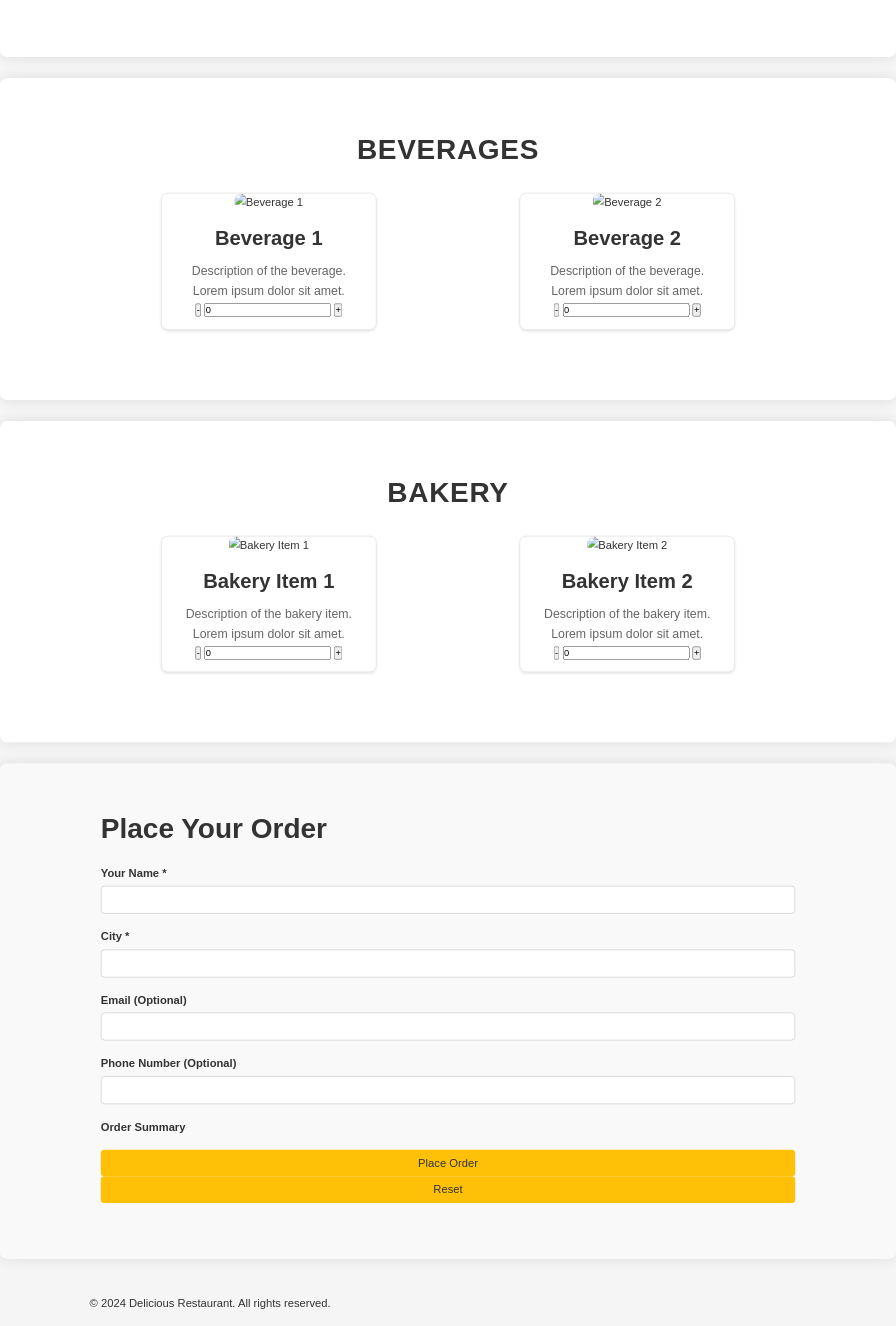
Repository: Mayanksaini1224/eclipse-workspace
Page: Restaurant/src/main/webapp/Menu.html
An editor plug-in stored every save of this project. The page is shown before and after the next save, followed by the edit.
The browser window is 1280 px wide. The pictures show the part of the page from y = 1079 to 2999 px (the page is 2973 px tall before and 2999 px after), at 70% of full size.
A picture or video elsewhere on the page could not be fetched, so the positions and the page height are approximate.

Above is the page before, as saved 2024-06-28 16:37:27.
Not found: Restaurant/src/main/webapp/bakery-item1.jpg
Not found: Restaurant/src/main/webapp/bakery-item2.jpg
Not found: Restaurant/src/main/webapp/beverage1.jpg

### Restaurant/src/main/webapp/Menu.html
<!DOCTYPE html>
<html lang="en">
<head>
    <meta charset="UTF-8">
    <meta name="viewport" content="width=device-width, initial-scale=1.0">
    <title>Menu - Delicious Restaurant</title>
    <style>
        /* Reset and base styles */
        * {
            margin: 0;
            padding: 0;
            box-sizing: border-box;
        }

        body {
            font-family: Arial, sans-serif;
            line-height: 1.6;
            background-color: #f5f5f5;
            margin: 0;
            padding: 0;
            color: #333; /* Default text color */
        }

        .container {
            width: 80%;
            margin: 0 auto;
            padding: 20px 0;
        }

        header {
            background-color: #333;
            color: #fff;
            padding: 10px 0;
        }

        header .logo img {
            width: 150px;
            height: auto;
            display: block;
            margin: 0 auto;
        }

        header nav ul {
            list-style-type: none;
            text-align: center;
            margin-top: 10px;
        }

        header nav ul li {
            display: inline-block;
            margin: 0 10px;
        }

        header nav ul li a {
            text-decoration: none;
            color: #fff;
            font-size: 18px;
            transition: color 0.3s ease;
        }

        header nav ul li a:hover {
            color: #ffc107;
        }

        .menu-section {
            background-color: #fff;
            padding: 50px 0;
            text-align: center;
            margin-bottom: 30px;
            box-shadow: 0 0 20px rgba(0, 0, 0, 0.1);
            border-radius: 10px;
        }

        .menu-section h2 {
            font-size: 2.5em;
            margin-bottom: 30px;
            text-transform: uppercase;
            letter-spacing: 1px;
            color: #333;
        }

        .menu-items {
            display: flex;
            justify-content: space-around;
            flex-wrap: wrap;
        }

        .menu-item {
            text-align: center;
            width: 30%;
            margin-bottom: 30px;
            padding: 0 10px;
            border: 1px solid #ddd;
            border-radius: 10px;
            box-shadow: 0 2px 4px rgba(0,0,0,0.1);
            transition: transform 0.3s ease, box-shadow 0.3s ease;
        }

        .menu-item img {
            width: 100%;
            border-top-left-radius: 10px;
            border-top-right-radius: 10px;
        }

        .menu-item-content {
            padding: 15px;
        }

        .menu-item h3 {
            font-size: 1.8em;
            margin-bottom: 10px;
            color: #333;
        }

        .menu-item p {
            font-size: 1.1em;
            color: #666;
        }

        .menu-item:hover {
            transform: translateY(-5px);
            box-shadow: 0 4px 8px rgba(0,0,0,0.2);
        }

        .order-form {
            background-color: #f9f9f9;
            padding: 40px 20px;
            border-radius: 10px;
            box-shadow: 0 0 20px rgba(0, 0, 0, 0.1);
            margin-bottom: 30px;
        }

        .order-form h2 {
            font-size: 2.5em;
            margin-bottom: 20px;
            color: #333;
        }

        .form-group {
            margin-bottom: 20px;
        }

        .form-group label {
            display: block;
            font-weight: bold;
            margin-bottom: 5px;
        }

        .form-group input,
        .form-group select {
            width: 100%;
            padding: 10px;
            font-size: 1em;
            border: 1px solid #ccc;
            border-radius: 5px;
            transition: border-color 0.3s ease;
        }

        .form-group input[type="number"] {
            appearance: none;
            -moz-appearance: textfield;
            text-align: center;
            padding: 8px;
            border: 1px solid #ccc;
            border-radius: 5px;
            width: 60px;
            font-size: 1em;
            transition: border-color 0.3s ease;
        }

        .form-group input[type="number"]::-webkit-outer-spin-button,
        .form-group input[type="number"]::-webkit-inner-spin-button {
            -webkit-appearance: none;
            margin: 0;
        }

        .form-group input:focus,
        .form-group select:focus {
            outline: none;
            border-color: #ffc107;
        }

        .form-group input[type="submit"],
        .form-group input[type="reset"] {
            background-color: #ffc107;
            color: #333;
            border: none;
            cursor: pointer;
            transition: background-color 0.3s ease;
            padding: 10px 20px;
            border-radius: 5px;
            margin-right: 10px;
        }

        .form-group input[type="submit"]:hover,
        .form-group input[type="reset"]:hover {
            background-color: #ffdb70;
        }

        .order-summary {
            margin-top: 30px;
            text-align: left;
        }

        .order-summary h3 {
            font-size: 1.5em;
            margin-bottom: 10px;
            color: #333;
        }

        .order-summary ul {
            list-style-type: none;
            padding: 0;
        }

        .order-summary li {
            font-size: 1.1em;
            margin-bottom: 5px;
        }

        @media (max-width: 768px) {
            .container {
                width: 90%;
            }

            .menu-item {
                width: 100%;
            }
        }
    </style>
    <link rel="stylesheet" href="https://cdnjs.cloudflare.com/ajax/libs/font-awesome/5.15.4/css/all.min.css"> <!-- Font Awesome for icons -->
</head>
<body>
    <header>
        <div class="container">
            <div class="logo">
                <img src="logo.png" alt="Delicious Restaurant">
            </div>
            <nav>
                <ul>
                    <li><a href="index.html">Home</a></li>
                    <li><a href="menu.html">Menu</a></li>
                    <li><a href="about.html">About Us</a></li>
                    <li><a href="contact.html">Contact</a></li>
                </ul>
            </nav>
        </div>
    </header>

    <section class="menu-section" id="chinese">
        <div class="container">
            <h2>Chinese Cuisine</h2>
            <div class="menu-items">
                <div class="menu-item" data-dish="Chinese Dish 1">
                    <img src="chinese-dish1.jpg" alt="Chinese Dish 1">
                    <div class="menu-item-content">
                        <h3>Chinese Dish 1</h3>
                        <p>Description of the Chinese dish. Lorem ipsum dolor sit amet.</p>
                        <div class="quantity">
                            <button class="quantity-btn minus" onclick="decrementQuantity('quantity_chinese1')">-</button>
                            <input type="number" id="quantity_chinese1" name="quantity_chinese1" min="0" value="0">
                            <button class="quantity-btn plus" onclick="incrementQuantity('quantity_chinese1')">+</button>
                        </div>
                    </div>
                </div>
                <div class="menu-item" data-dish="Chinese Dish 2">
                    <img src="chinese-dish2.jpg" alt="Chinese Dish 2">
                    <div class="menu-item-content">
                        <h3>Chinese Dish 2</h3>
                        <p>Description of the Chinese dish. Lorem ipsum dolor sit amet.</p>
                        <div class="quantity">
                            <button class="quantity-btn minus" onclick="decrementQuantity('quantity_chinese2')">-</button>
                            <input type="number" id="quantity_chinese2" name="quantity_chinese2" min="0" value="0">
                            <button class="quantity-btn plus" onclick="incrementQuantity('quantity_chinese2')">+</button>
                        </div>
                    </div>
                </div>
                <!-- Add more Chinese dishes as needed -->
            </div>
        </div>
    </section>

    <section class="menu-section" id="italian">
        <div class="container">
            <h2>Italian Cuisine</h2>
            <div class="menu-items">
                <div class="menu-item" data-dish="Italian Dish 1">
                    <img src="italian-dish1.jpg" alt="Italian Dish 1">
                    <div class="menu-item-content">
                        <h3>Italian Dish 1</h3>
                        <p>Description of the Italian dish. Lorem ipsum dolor sit amet.</p>
                        <div class="quantity">
                            <button class="quantity-btn minus" onclick="decrementQuantity('quantity_italian1')">-</button>
                            <input type="number" id="quantity_italian1" name="quantity_italian1" min="0" value="0">
                            <button class="quantity-btn plus" onclick="incrementQuantity('quantity_italian1')">+</button>
                        </div>
                    </div>
                </div>
                <div class="menu-item" data-dish="Italian Dish 2">
                    <img src="italian-dish2.jpg" alt="Italian Dish 2">
                    <div class="menu-item-content">
                        <h3>Italian Dish 2</h3>
                        <p>Description of the Italian dish. Lorem ipsum dolor sit amet.</p>
                        <div class="quantity">
                            <button class="quantity-btn minus" onclick="decrementQuantity('quantity_italian2')">-</button>
                            <input type="number" id="quantity_italian2" name="quantity_italian2" min="0" value="0">
                            <button class="quantity-btn plus" onclick="incrementQuantity('quantity_italian2')">+</button>
                        </div>
                    </div>
                </div>
                <!-- Add more Italian dishes as needed -->
            </div>
        </div>
    </section>

    <section class="menu-section" id="beverages">
        <div class="container">
            <h2>Beverages</h2>
            <div class="menu-items">
                <div class="menu-item" data-dish="Beverage 1">
                    <img src="beverage1.jpg" alt="Beverage 1">
                    <div class="menu-item-content">
                        <h3>Beverage 1</h3>
                        <p>Description of the beverage. Lorem ipsum dolor sit amet.</p>
                        <div class="quantity">
                            <button class="quantity-btn minus" onclick="decrementQuantity('quantity_beverage1')">-</button>
                            <input type="number" id="quantity_beverage1" name="quantity_beverage1" min="0" value="0">
                            <button class="quantity-btn plus" onclick="incrementQuantity('quantity_beverage1')">+</button>
                        </div>
                    </div>
                </div>
                <div class="menu-item" data-dish="Beverage 2">
                    <img src="beverage2.jpg" alt="Beverage 2">
                    <div class="menu-item-content">
                        <h3>Beverage 2</h3>
                        <p>Description of the beverage. Lorem ipsum dolor sit amet.</p>
                        <div class="quantity">
                            <button class="quantity-btn minus" onclick="decrementQuantity('quantity_beverage2')">-</button>
                            <input type="number" id="quantity_beverage2" name="quantity_beverage2" min="0" value="0">
                            <button class="quantity-btn plus" onclick="incrementQuantity('quantity_beverage2')">+</button>
                        </div>
                    </div>
                </div>
                <!-- Add more beverages as needed -->
            </div>
        </div>
    </section>

    <section class="menu-section" id="bakery">
        <div class="container">
            <h2>Bakery</h2>
            <div class="menu-items">
                <div class="menu-item" data-dish="Bakery Item 1">
                    <img src="bakery-item1.jpg" alt="Bakery Item 1">
                    <div class="menu-item-content">
                        <h3>Bakery Item 1</h3>
                        <p>Description of the bakery item. Lorem ipsum dolor sit amet.</p>
                        <div class="quantity">
                            <button class="quantity-btn minus" onclick="decrementQuantity('quantity_bakery1')">-</button>
                            <input type="number" id="quantity_bakery1" name="quantity_bakery1" min="0" value="0">
                            <button class="quantity-btn plus" onclick="incrementQuantity('quantity_bakery1')">+</button>
                        </div>
                    </div>
                </div>
                <div class="menu-item" data-dish="Bakery Item 2">
                    <img src="bakery-item2.jpg" alt="Bakery Item 2">
                    <div class="menu-item-content">
                        <h3>Bakery Item 2</h3>
                        <p>Description of the bakery item. Lorem ipsum dolor sit amet.</p>
                        <div class="quantity">
                            <button class="quantity-btn minus" onclick="decrementQuantity('quantity_bakery2')">-</button>
                            <input type="number" id="quantity_bakery2" name="quantity_bakery2" min="0" value="0">
                            <button class="quantity-btn plus" onclick="incrementQuantity('quantity_bakery2')">+</button>
                        </div>
                    </div>
                </div>
                <!-- Add more bakery items as needed -->
            </div>
        </div>
    </section>

    <section class="order-form">
        <div class="container">
            <h2>Place Your Order</h2>
            <form id="orderForm" action="submitform" method="POST">
                <div class="form-group">
                    <label for="name">Your Name *</label>
                    <input type="text" id="name" name="name" required>
                </div>
                <div class="form-group">
                    <label for="city">City *</label>
                    <input type="text" id="city" name="city" required>
                </div>
                <div class="form-group">
                    <label for="email">Email (Optional)</label>
                    <input type="email" id="email" name="email">
                </div>
                <div class="form-group">
                    <label for="phone">Phone Number (Optional)</label>
                    <input type="tel" id="phone" name="phone">
                </div>
                <div class="form-group">
                    <label for="orderSummary">Order Summary</label>
                    <ul id="orderSummary"></ul>
                </div>
                <div class="form-group">
                    <input type="submit" value="Place Order">
                    <input type="reset" value="Reset">
                </div>
            </form>
        </div>
    </section>

    <footer>
        <div class="container">
            <p>&copy; 2024 Delicious Restaurant. All rights reserved.</p>
        </div>
    </footer>

    <script>
        document.addEventListener('DOMContentLoaded', function() {
            const form = document.getElementById('orderForm');
            const orderSummary = document.getElementById('orderSummary');

            form.addEventListener('submit', function(event) {
                event.preventDefault(); // Prevent form submission for demo purposes

                // Clear previous order summary
                orderSummary.innerHTML = '';

                // Get customer details
                const name = document.getElementById('name').value;
                const city = document.getElementById('city').value;
                const email = document.getElementById('email').value;
                const phone = document.getElementById('phone').value;

                // Display customer details
                orderSummary.innerHTML += `<li><strong>Name:</strong> ${name}</li>`;
                orderSummary.innerHTML += `<li><strong>City:</strong> ${city}</li>`;
                if (email) {
                    orderSummary.innerHTML += `<li><strong>Email:</strong> ${email}</li>`;
                }
                if (phone) {
                    orderSummary.innerHTML += `<li><strong>Phone:</strong> ${phone}</li>`;
                }

                // Get selected dishes and quantities
                const dishes = document.querySelectorAll('.menu-item');
                dishes.forEach(dish => {
                    const dishName = dish.getAttribute('data-dish');
                    const quantityInput = dish.querySelector('input[type="number"]');
                    const quantity = parseInt(quantityInput.value);

                    if (quantity > 0) {
                        orderSummary.innerHTML += `<li><strong>${dishName}:</strong> ${quantity}</li>`;
                    }
                });

                // Optionally, submit the form to a server
                // form.submit();
            });
        });

        function incrementQuantity(inputId) {
            const input = document.getElementById(inputId);
            input.value = parseInt(input.value) + 1;
        }

        function decrementQuantity(inputId) {
            const input = document.getElementById(inputId);
            const value = parseInt(input.value) - 1;
            input.value = Math.max(0, value); // Ensure quantity doesn't go below zero
        }
    </script>
</body>
</html>

After the next save:
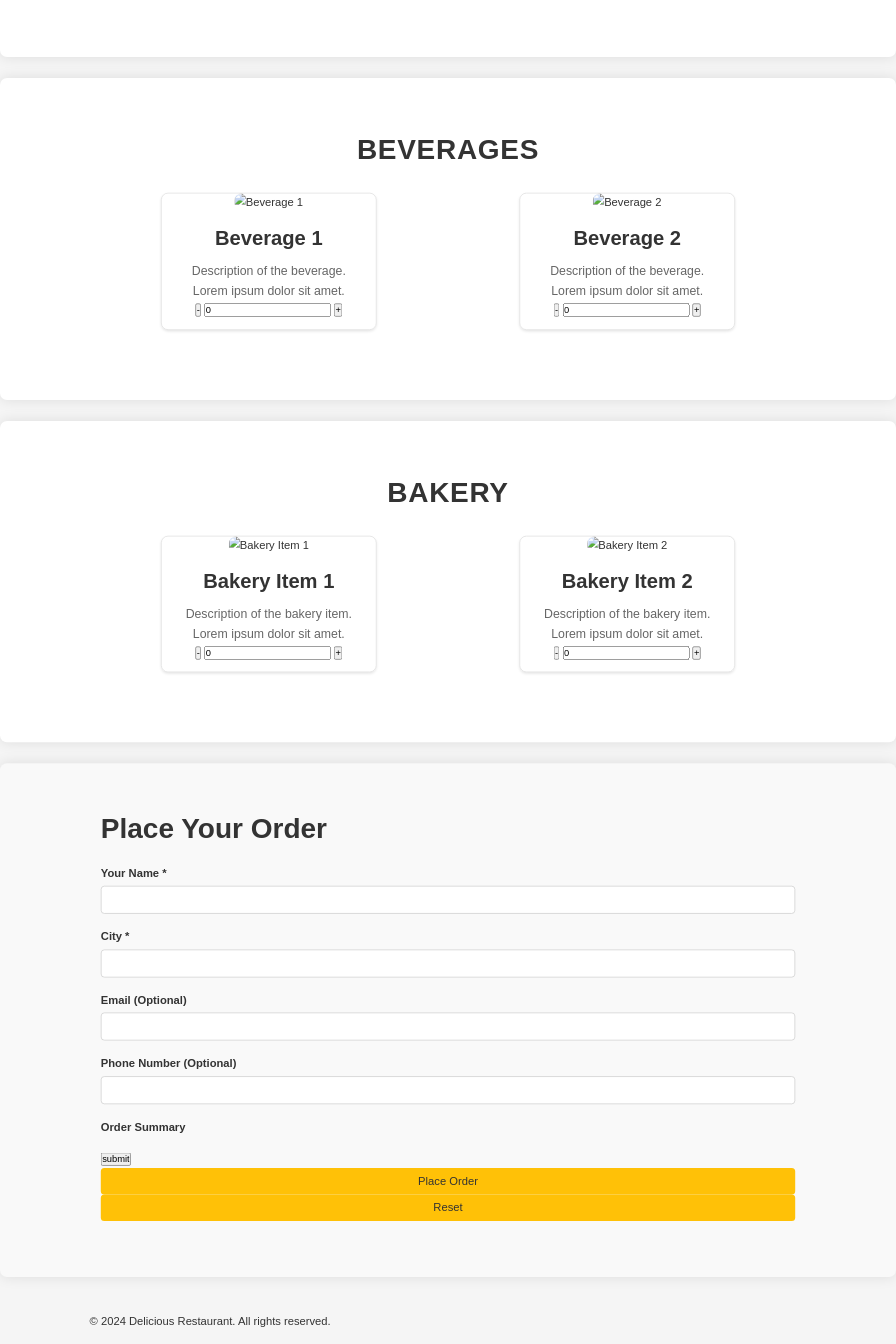
Saved 2 min 9 s later.
--- a/Restaurant/src/main/webapp/Menu.html
+++ b/Restaurant/src/main/webapp/Menu.html
@@ -403,6 +403,9 @@
                     <label for="orderSummary">Order Summary</label>
                     <ul id="orderSummary"></ul>
                 </div>
+                <div>
+                	<input type="submit" value="submit">
+                </div>
                 <div class="form-group">
                     <input type="submit" value="Place Order">
                     <input type="reset" value="Reset">
